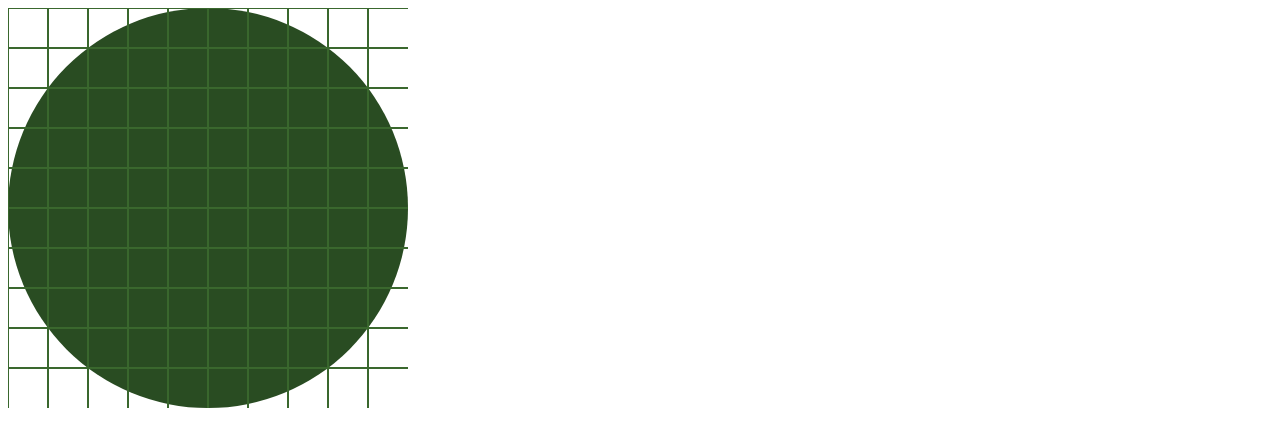
Repository: pedro-mancano/ProjetoCDM204
Page: scripts/radar.html
An editor plug-in stored every save of this project. The page is shown before and after the next save, followed by the edit.
The browser window is 1280 px wide. The pictures show the whole page.

Above is the page before, as saved 2024-11-27 08:22:01.

After the next save:
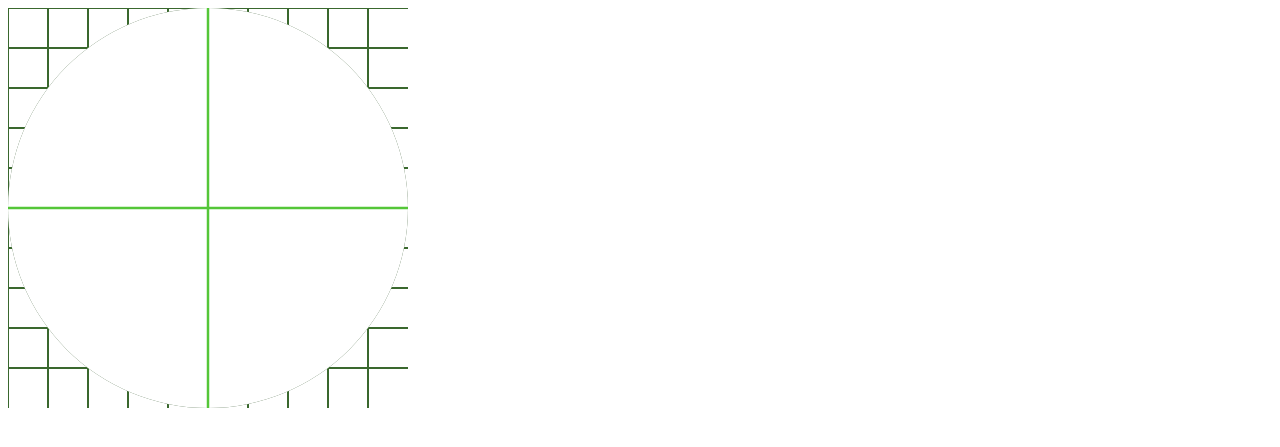
Saved 49 s later.
--- a/scripts/radar.js
+++ b/scripts/radar.js
@@ -32,8 +32,10 @@ function draw(elapsed) {
   }
 
   // Clearing outside of the circle
-  ctx.clip();
-  ctx.clearRect(0, 0, canvas.width, canvas.height);
+  ctx.fillStyle = 'white';
+  ctx.beginPath();
+  ctx.arc(canvas.width / 2, canvas.height / 2, 200, 0, 2 * Math.PI);
+  ctx.fill();
 
 
   // Draw grid lines (4 lines, 90 degrees apart)
